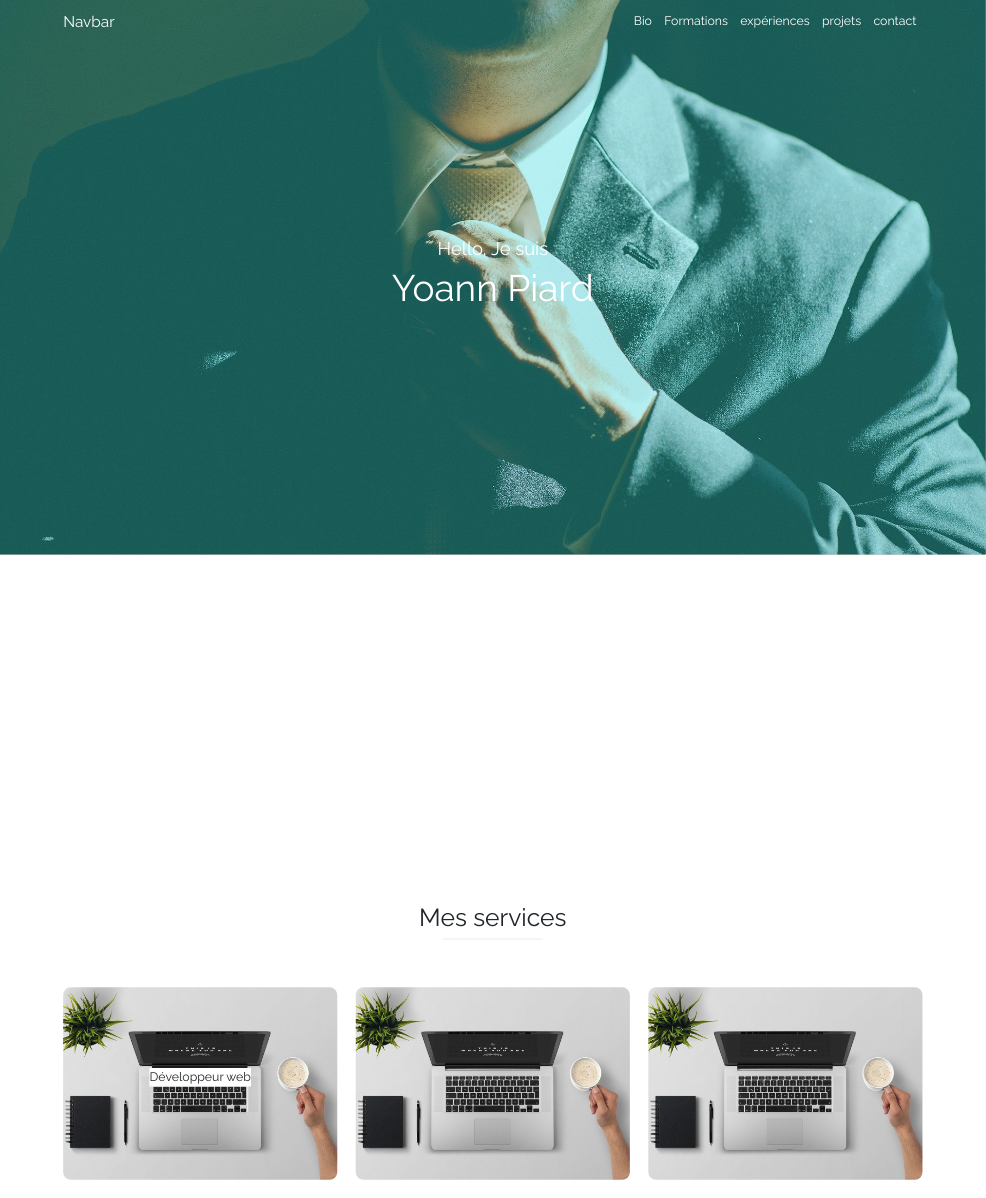
Repository: ypiard85/port-folio-bootstrap-yoann-2021
Page: index.html
The author's editor kept a copy of each file at every save. The page is drawn from the files as they stood at one save, then again after the next save.
The browser window is 1280 px wide. The pictures show the whole page, at 77% of full size.

Above is the page before, as saved 2021-03-09 15:31:10.
Console error: TypeError: window.onload is not a function

### index.html
<!DOCTYPE html>
<html lang="en">
  <head>
    <meta charset="UTF-8" />
    <meta http-equiv="X-UA-Compatible" content="IE=edge" />
    <meta name="viewport" content="width=device-width, initial-scale=1.0" />
    <link rel="stylesheet" href="https://use.fontawesome.com/releases/v5.15.2/css/all.css" integrity="sha384-vSIIfh2YWi9wW0r9iZe7RJPrKwp6bG+s9QZMoITbCckVJqGCCRhc+ccxNcdpHuYu" crossorigin="anonymous">    <!-- CSS only -->
    <link rel="stylesheet" href="./resource/style.css" />
    <link
      href="https://cdn.jsdelivr.net/npm/bootstrap@5.0.0-beta2/dist/css/bootstrap.min.css"
      rel="stylesheet"
      integrity="sha384-BmbxuPwQa2lc/FVzBcNJ7UAyJxM6wuqIj61tLrc4wSX0szH/Ev+nYRRuWlolflfl"
      crossorigin="anonymous"
    />
    <title>Document</title>
  </head>
  <body>
    <nav class="navbar position-fixed w-100 navbar-expand-lg navbar-light">
      <div class="container">
        <a class="navbar-brand" href="#">Navbar</a>
        <button
          class="navbar-toggler"
          type="button"
          data-bs-toggle="collapse"
          data-bs-target="#navbarNav"
          aria-controls="navbarNav"
          aria-expanded="false"
          aria-label="Toggle navigation"
        >
          <span class="navbar-toggler-icon"></span>
        </button>
        <div class="collapse navbar-collapse" id="navbarNav">
          <ul class="navbar-nav">
            <li class="nav-item">
              <a class="nav-link active" aria-current="page" href="#bio">Bio</a>
            </li>
            <li class="nav-item">
              <a class="nav-link" href="#formation">Formations</a>
            </li>
            <li class="nav-item">
              <a class="nav-link" href="#experience">expériences</a>
            </li>
            <li class="nav-item">
              <a class="nav-link" href="#projet">projets</a>
            </li>
            <li class="nav-item">
              <a class="nav-link" href="#contact">contact</a>
            </li>
          </ul>
        </div>
      </div>
    </nav>

    <header
      class="container-fluid flex-column
          d-flex align-items-center justify-content-center"
    >
      <h4>Hello, Je suis</h4>
      <h1>Yoann Piard</h1>
    </header>

    <section class="about_me in container">
      <div class="about_card rounded shadow-lg">
        <div class="container">
          <div class="row">
            <div class="col-md-6  col-sm-12 p-3 p-sm-4 align-self-center">
              <h2 class="mb-4" >A propos de moi</h2>
              <p>
                Passionné par l'informatique depuis mon plus jeune âge, je me
                suis tout naturellement orienté vers dans le secteur du
                développement web et logiciel. Depuis 2019, je mets mon savoir
                auprès d'associations et entreprises, les aidant à augmenter
                leurs visibilités sur internet. Aujourd'hui, je cherche à
                intégrer une entreprise afin de travailler sur des projets
                concrets et de monter en compétence.
              </p>
              <ul class="d-flex">
                  <li><a href=""><i class="fab fa-instagram"></i></a></li>
                  <li><a href=""><i class="fab fa-linkedin-in"></i></a></li>
                  <li><a href=""><i class="fab fa-github"></i></a></li>
              </ul>
            </div>
            <div class="col-md-6 col-sm-12 p-3 p-sm-5 d-none d-md-block">
              <img class="img-fluid img-thumbnail" src="./resource/image/yoann_piard.png" alt="" />
            </div>
          </div>
        </div>
      </div>
    </section>

    <section class="my_work">
        <div class="container">
            <h2 class="ttile_section text-center mb-5">Mes services</h2>
            <div class="row pt-4 pb-4">
                <div class="col-md-4">
                    <div class="service_card" style="background-image: url('./resource/services/laptop-1209008_1280.jpg')">
                        <div class="service_btn"><p>Développeur web</p></div>
                    </div>
                </div>
                <div class="col-md-4">
                    <div class="service_card" style="background-image: url('./resource/services/laptop-1209008_1280.jpg')"></div>

                </div>
                <div class="col-md-4">
                    <div class="service_card" style="background-image: url('./resource/services/laptop-1209008_1280.jpg')"></div>

                </div>
            </div>
        </div>
    </section>

    <!-- JavaScript Bundle with Popper -->
    <script
      src="https://cdn.jsdelivr.net/npm/bootstrap@5.0.0-beta2/dist/js/bootstrap.bundle.min.js"
      integrity="sha384-b5kHyXgcpbZJO/tY9Ul7kGkf1S0CWuKcCD38l8YkeH8z8QjE0GmW1gYU5S9FOnJ0"
      crossorigin="anonymous"
    ></script>
    <script src="https://unpkg.com/scrollreveal"></script>
    <script src="./resource/scrollreveal.js"></script>
    <script src="./resource/app.js"></script>
    <script>window.onload(scrollEffect()) </script>
  </body>
</html>

### resource/style.css
@import url('https://fonts.googleapis.com/css2?family=Raleway&display=swap');

*{
    transition: 0.3s;
}

body{
    font-family: 'Raleway', sans-serif!important;
}


.navbar-collapse{
    flex-grow: 0!important;
}

nav a{
    color: white!important;
}

header{
    height: 100vh;
    background: gray;
    background-image: linear-gradient(90deg, rgba(0,231,249,0.2780462526807598) 100%, rgba(0,4,24,0.4405112386751575) 74%), url('./image/about-section.jpg');
    background-repeat: no-repeat;
    background-size: cover;
    background-position: top center;
    color: white;
}

header h1{
    font-weight: normal;
    font-size: 3em;
}

.about_card{
    margin: auto;
    width: 900px;
    max-width: 100%;
    background-color: white;
}

.about_card a{
    font-family: Arial!important;
}

.about_me h2{
    font-weight: bold;
}

.about_card img{
    width: 100%;
    border-radius: 50%;
}

.about_card ul{
    list-style: none;
    padding: 0;
}

.about_card i{
    font-size: 1em;
    color: black;
}

.about_card{
    line-height: 2em;
}

.about_card li{
    margin-right: 10px;
}

.in{
    transform: translateY(-200px);
}

.ttile_section{
    position: relative;
}

.ttile_section::after{
    content: '';
    position: absolute;
    width: 130px;
    height: 1px;
    background-color: rgb(233, 231, 231);
    bottom: -10px;
    left:0;
    right: 0;
    margin: auto;
}

.service_card{
    height: 250px;
    background-position: center;
    background-size: cover;
    border-radius: 10px;
}

.service_btn{
    display: flex;
    justify-content: center;
    height: 100%;
    align-items: center;
}

.service_btn p{
    background-color: white;
}

### resource/scrollreveal.js
function scrollEffect(){


    ScrollReveal().reveal('.about_me', {
        delay: 150,
        duration: 1000,
        reset: true,
        origin: 'bottom',
        distance: '30%'
    });

}

### resource/app.js
ScrollReveal().reveal('.about_me', {
    delay: 250,
    duration: 1000,
    reset: true,
    origin: 'bottom',
    distance: '20%'
});

After the next save:
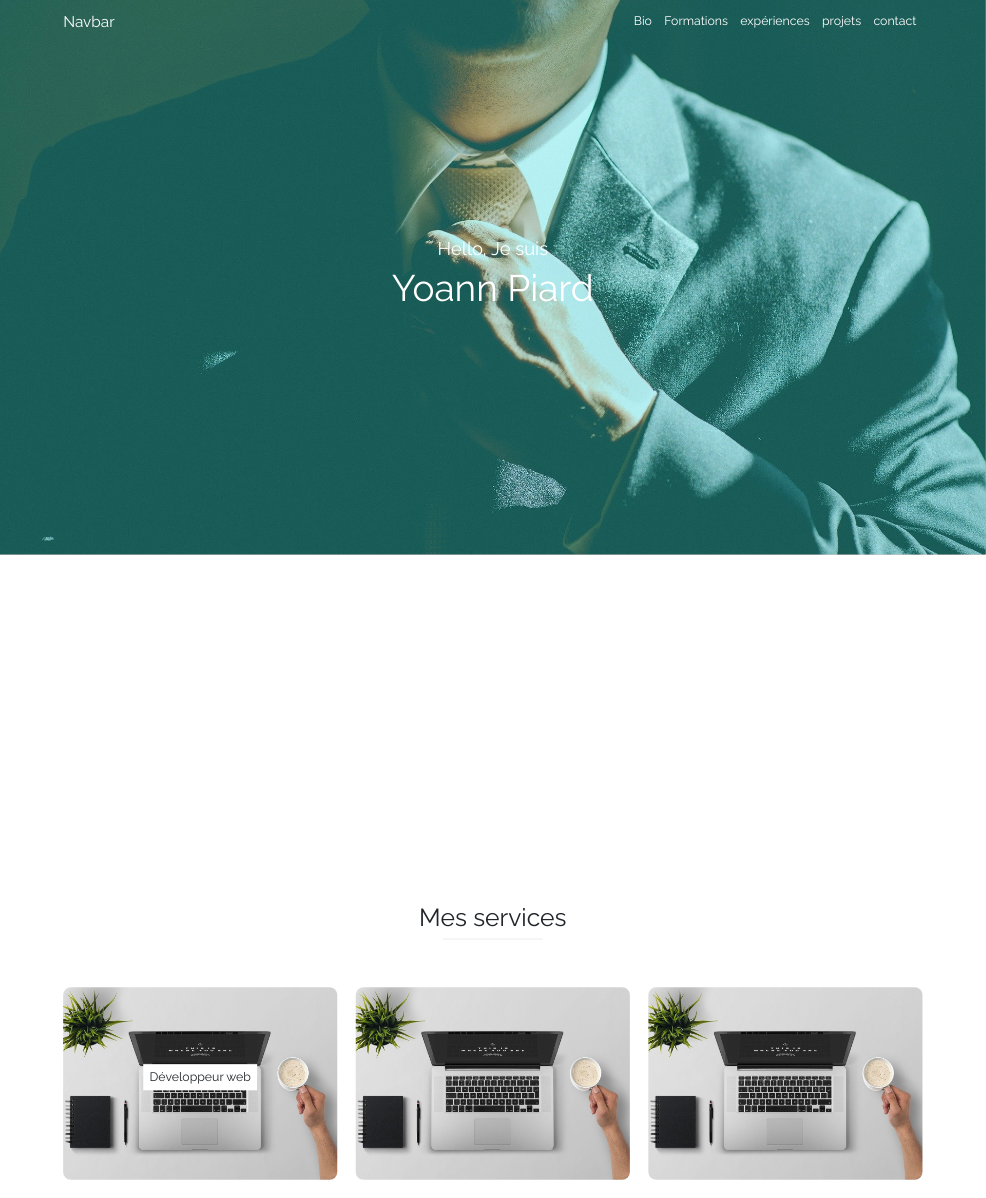
Saved 9 s later.
--- a/resource/style.css
+++ b/resource/style.css
@@ -106,4 +106,5 @@ header h1{
 
 .service_btn p{
     background-color: white;
+    padding: 5px 8px;
 }
